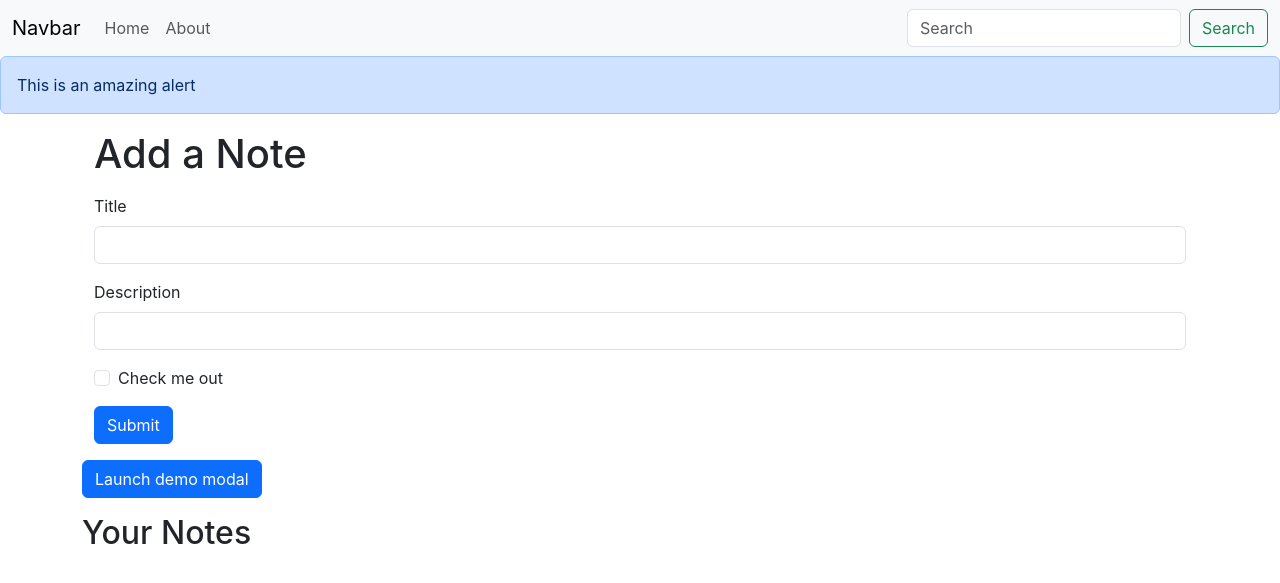
Repository: bhaveshdaipuria/inotebook
Page: /home
The author's editor kept a copy of each file at every save. The page is drawn from the files as they stood at one save, then again after the next save.
The browser window is 1280 px wide. The pictures show the whole page.
The page's requests for data from a server got no answer. Some web libraries are served in a nearby version. The project was rebuilt for these pictures with package versions that can differ from the ones it lists, and the page was loaded fresh each time. No one was signed in, and anything a server would have sent is missing. Also part of the build but not shown: src/App.css, src/components/NoteItem.js, src/components/About.js.

Above is the page before, as saved 2023-05-04 17:18:22.

After the next save:
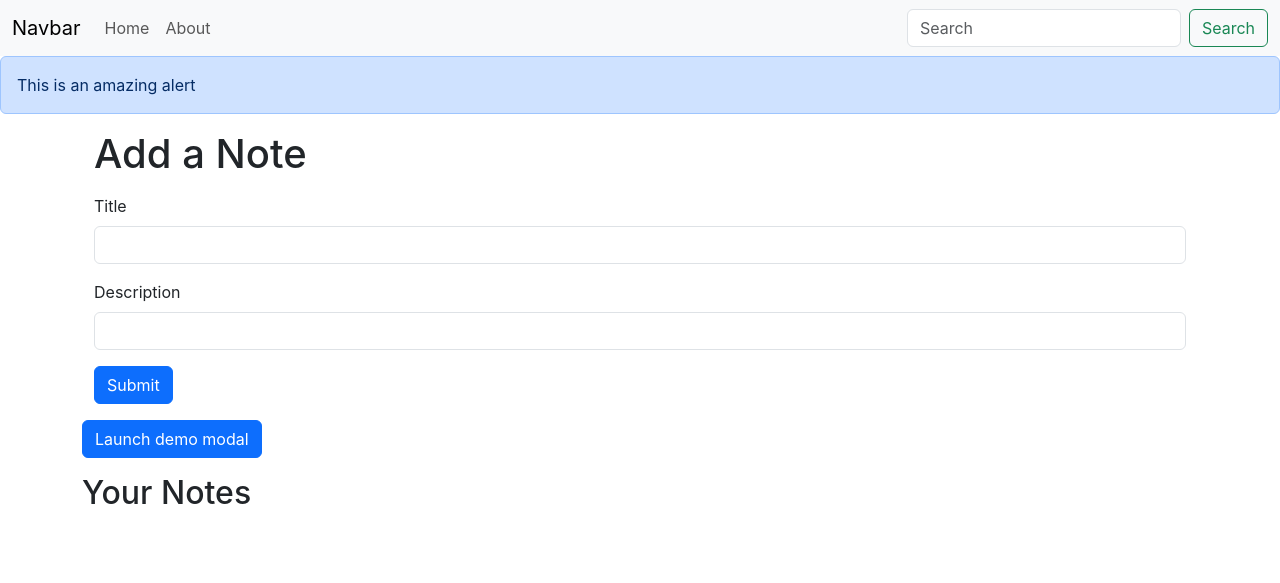
Saved 2 min 21 s later.
--- a/src/components/AddNote.js
+++ b/src/components/AddNote.js
@@ -42,16 +42,6 @@ function AddNote() {
             onChange={onChange}
           />
         </div>
-        <div className="mb-3 form-check">
-          <input
-            type="checkbox"
-            className="form-check-input"
-            id="exampleCheck1"
-          />
-          <label className="form-check-label" htmlFor="exampleCheck1">
-            Check me out
-          </label>
-        </div>
         <button type="submit" className="btn btn-primary" onClick={handleClick}>
           Submit
         </button>
